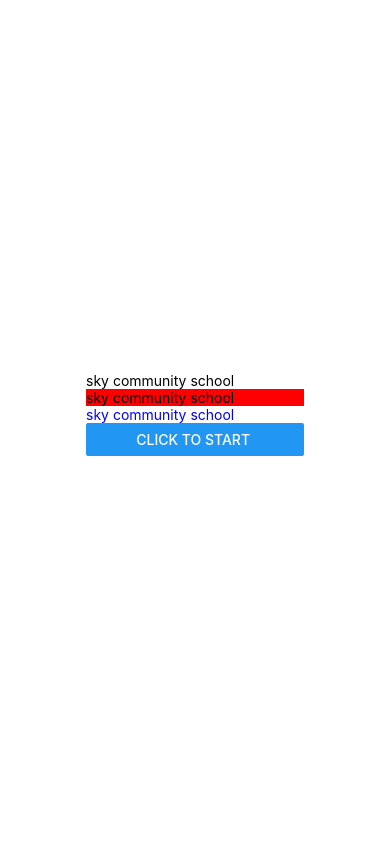
Repository: 2000-Nanayaw/MobileApp
Screen: /
An editor plug-in stored every save of this project. The screen is shown before and after the next save, followed by the edit.
The app was drawn by React Native's web renderer in a window 390 px wide. The project was rebuilt for these pictures with package versions that can differ from the ones it lists, and the page was loaded fresh each time.

Above is the screen before, as saved 2023-08-24 02:12:47.

### App.js
import { StatusBar } from 'expo-status-bar';
import { Button, StyleSheet, Text, TextInput, View, YellowBox } from 'react-native';

 function App() {
  return (
    <View style={styles.container}>
      <View>
      <Text>sky community school</Text>
      <Text style={{backgroundColor: "red"}}>sky community school</Text>
      <Text style={styles.jsarText}>sky community school</Text>
      <Button title='click to start '/>
      <TextInput />
      </View>
      <StatusBar style="auto" />
    </View>
  );
}

const styles = StyleSheet.create({
  container: {
    flex: 1,
    backgroundColor: 'white',
    alignItems: 'center',
    justifyContent: 'center',

  },
  jsarText:{
    color: "blue",
    backgroundColor: "Yellow"

  }
});
export default App;

After the next save:
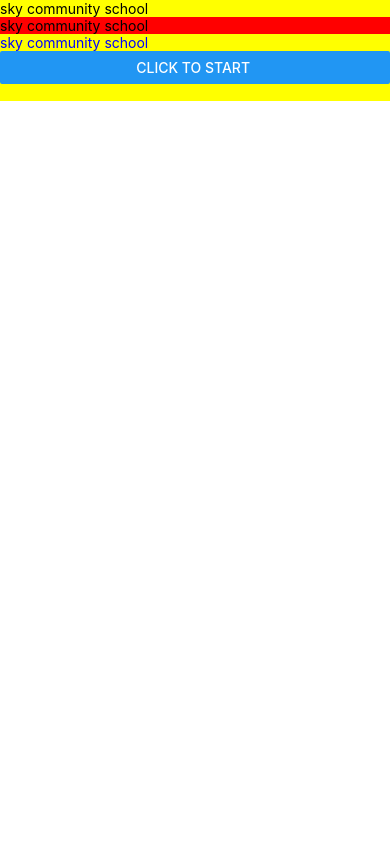
Saved 3 min 43 s later.
--- a/App.js
+++ b/App.js
@@ -4,7 +4,7 @@ import { Button, StyleSheet, Text, TextInput, View, YellowBox } from 'react-nati
  function App() {
   return (
     <View style={styles.container}>
-      <View>
+      <View style={styles.container}>
       <Text>sky community school</Text>
       <Text style={{backgroundColor: "red"}}>sky community school</Text>
       <Text style={styles.jsarText}>sky community school</Text>
@@ -28,6 +28,9 @@ const styles = StyleSheet.create({
     color: "blue",
     backgroundColor: "Yellow"
 
+  },
+  container: {
+    backgroundColor: "yellow"
   }
 });
 export default App;
